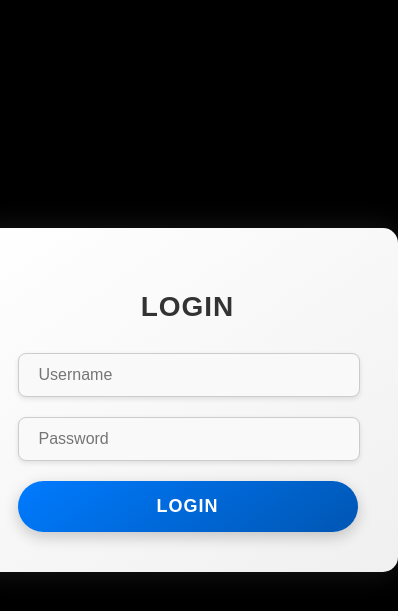
Repository: mdmisri/needy-talk
Page: /login (app in frontend/talk-d1/)
An editor plug-in stored every save of this project. The page is shown before and after the next save, followed by the edit.
The browser window is 375 px wide. The page is 398 px wide, then 382 px, so the pictures cover 398 px, including what lies to the right of the window. The pictures show the whole page.
The page's requests for data from a server got no answer. The project was rebuilt for these pictures with package versions that can differ from the ones it lists, and the page was loaded fresh each time. No one was signed in, and anything a server would have sent is missing. Also part of the build but not shown: frontend/talk-d1/src/components/Register/Register.js, frontend/talk-d1/src/conversationUtils.js, frontend/talk-d1/src/hooks/useConversation.js, frontend/talk-d1/src/components/Chat/styles/Message.css, frontend/talk-d1/src/components/Chat/Message.js, frontend/talk-d1/src/components/Chat/ChatBox.js, frontend/talk-d1/src/components/Chat/AdminChatBox.js, frontend/talk-d1/src/components/Chat/AdminSelection.js and 1 more.

Above is the page before, as saved 2024-07-30 09:41:11.

After the next save:
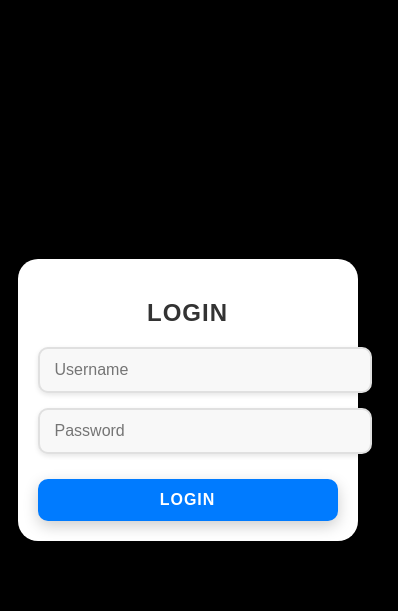
Saved 13 h 56 min later.
--- a/frontend/talk-d1/src/components/Chat/styles/AdminChatBox.css
+++ b/frontend/talk-d1/src/components/Chat/styles/AdminChatBox.css
@@ -1,5 +1,90 @@
+/* Container for the login form */
+.login-container {
+    max-width: 300px;
+    margin: 50px auto;
+    padding: 30px;
+    background: #ffffff;
+    border-radius: 20px;
+    box-shadow: 0 10px 30px rgba(0, 0, 0, 0.1);
+    text-align: center;
+}
+
+/* Heading for the login form */
+.login-container h2 {
+    margin-bottom: 20px;
+    color: #333;
+    font-size: 24px;
+    font-weight: 700;
+}
+
+/* Error message styling */
+.login-container .error {
+    color: #ff3e3e;
+    margin-bottom: 15px;
+    font-size: 14px;
+    font-weight: 500;
+}
+
+/* Input fields for username and password */
+.login-container input[type="text"],
+.login-container input[type="password"] {
+    width: 100%;
+    margin-bottom: 15px;
+    padding: 12px 15px;
+    border: 2px solid #e0e0e0;
+    border-radius: 10px;
+    background: #f8f8f8;
+    font-size: 16px;
+    transition: all 0.3s ease;
+}
+
+/* Focus state for input fields */
+.login-container input[type="text"]:focus,
+.login-container input[type="password"]:focus {
+    outline: none;
+    border-color: #007bff;
+    background: #ffffff;
+    box-shadow: 0 0 0 5px rgba(0, 123, 255, 0.1);
+}
+
+/* Button styling */
+.login-container button {
+    width: 100%;
+    padding: 12px;
+    background: #007bff;
+    color: #fff;
+    border: none;
+    border-radius: 10px;
+    cursor: pointer;
+    font-size: 16px;
+    font-weight: 600;
+    text-transform: uppercase;
+    letter-spacing: 1px;
+    transition: all 0.3s ease;
+    margin-top: 10px;
+}
+
+/* Hover state for button */
+.login-container button:hover {
+    background: #0056b3;
+    transform: translateY(-3px);
+    box-shadow: 0 5px 15px rgba(0, 86, 179, 0.3);
+}
+
+/* Active state for button */
+.login-container button:active {
+    transform: translateY(0);
+    box-shadow: none;
+}
+
+/* Responsive design for smaller screens */
+@media (max-width: 480px) {
+    .login-container {
+        padding: 20px;
+    }
+}
+
 /* AdminChatBox.css */
-
 .admin-chat-container {
     display: flex;
     height: 100vh; /* Full viewport height */
@@ -7,6 +92,7 @@
     font-family: Arial, sans-serif;
     overflow: hidden;
     background-color: #f0f0f0; /* Light background for contrast */
+    box-sizing: border-box; /* Ensure padding and border are included in the element's total width and height */
 }
 
 .user-tabs {
@@ -16,6 +102,7 @@
     overflow-y: auto; /* Allow vertical scrolling */
     padding: 10px;
     flex-shrink: 0; /* Prevents shrinking */
+    box-sizing: border-box; /* Ensure padding and border are included in the element's total width and height */
 }
 
 .user-tab {
@@ -47,6 +134,7 @@
     padding: 10px;
     background-color: #fff;
     overflow: hidden; /* Prevent overflow */
+    box-sizing: border-box; /* Ensure padding and border are included in the element's total width and height */
 }
 
 .messages {
@@ -70,6 +158,7 @@
     background-color: #fff; /* Ensure background color is consistent */
     border-top: 1px solid #ccc; /* Add a border on top */
     flex-shrink: 0; /* Prevent input area from shrinking */
+    box-sizing: border-box; /* Ensure padding and border are included in the element's total width and height */
 }
 
 input[type="text"] {
